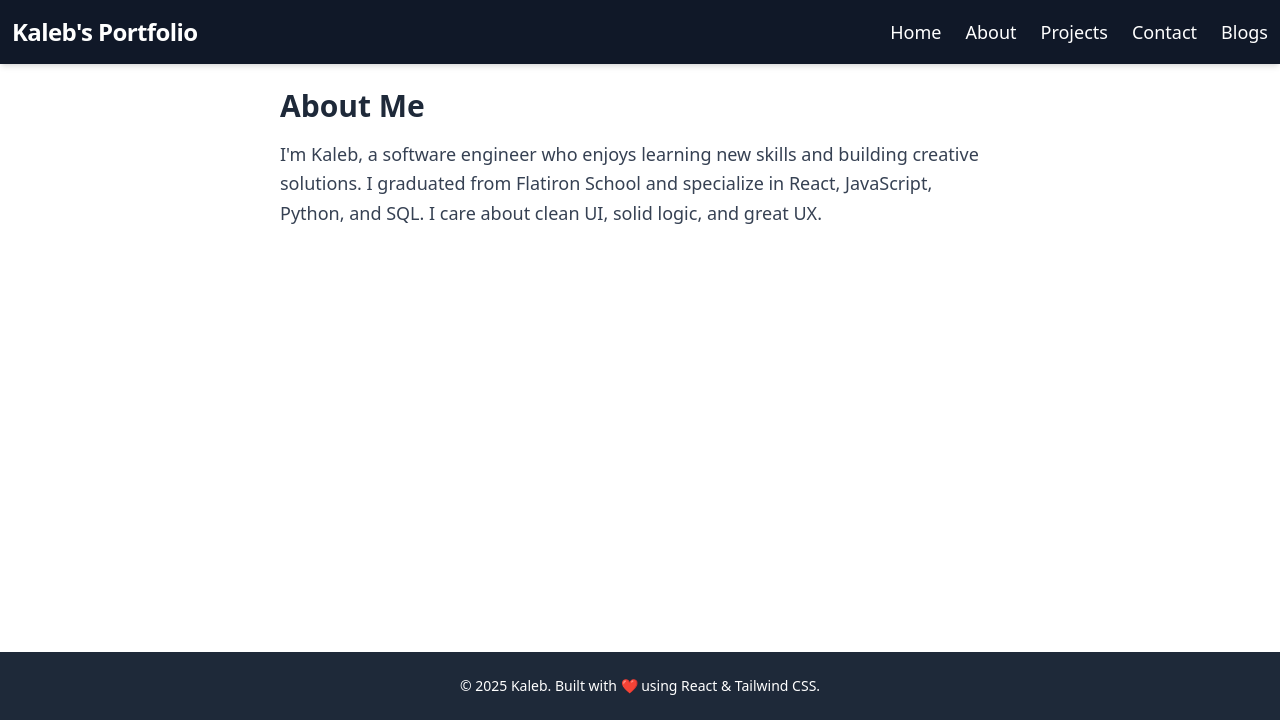
Repository: KalebMalone/portfolio-site
Page: /about
An editor plug-in stored every save of this project. The page is shown before and after the next save, followed by the edit.
The browser window is 1280 px wide. The pictures show the whole page.
The project was rebuilt for these pictures with package versions that can differ from the ones it lists, and the page was loaded fresh each time. Also part of the build but not shown: vite.config.js, src/pages/Home.jsx, src/pages/Projects.jsx, src/pages/Contact.jsx, src/pages/Blogs.jsx.

Above is the page before, as saved 2025-04-23 17:42:09.

### src/App.jsx
import { BrowserRouter as Router, Routes, Route } from 'react-router-dom';
import Header from './components/Header';
import Footer from './components/Footer';

import Home from './pages/Home';
import About from './pages/About';
import Projects from './pages/Projects';
import Contact from './pages/Contact';
import Blogs from './pages/Blogs'; // Import Blogs page

function App() {
  return (
    <Router>
      <div className="flex flex-col min-h-screen">
        <Header />

        <main className="flex-grow">
          <Routes>
            <Route path="/" element={<Home />} />
            <Route path="/about" element={<About />} />
            <Route path="/projects" element={<Projects />} />
            <Route path="/contact" element={<Contact />} />
            <Route path="/blogs" element={<Blogs />} /> {/* Add route for Blogs */}
          </Routes>
        </main>

        <Footer />
      </div>
    </Router>
  );
}

export default App;

### src/index.css
@import 'tailwindcss';  /* Or use the Tailwind directives below */

/* Or alternatively, use these Tailwind directives directly in your CSS */
@tailwind base;
@tailwind components;
@tailwind utilities;

### src/components/Header.jsx
import { Link } from 'react-router-dom';

const Header = () => {
    return (
        <header className="bg-gray-900 text-white shadow-md py-4">
            <nav className="max-w-9xl mx-auto flex justify-between items-center px-3">
                {/* Logo/Brand Name (Left-aligned) */}
                <h1 className="text-2xl font-bold tracking-tight">Kaleb's Portfolio</h1>

                {/* Navigation Links (Right-aligned) */}
                <ul className="flex space-x-6 text-lg"> {/* Reduced space between items */}
                    {['Home', 'About', 'Projects', 'Contact', 'Blogs'].map((page) => ( // Add Blogs here
                        <li key={page}>
                            <Link
                                to={`/${page.toLowerCase() === 'home' ? '' : page.toLowerCase()}`}
                                className="hover:text-blue-400 transition-colors duration-200"
                            >
                                {page}
                            </Link>
                        </li>
                    ))}
                </ul>
            </nav>
        </header>
    );
};

export default Header;

### src/components/Footer.jsx
const Footer = () => {
    return (
        <footer className="bg-gray-800 text-white text-center py-6 mt-10">
            <p className="text-sm">© {new Date().getFullYear()} Kaleb. Built with ❤️ using React & Tailwind CSS.</p>
        </footer>
    );
};

export default Footer;

### src/pages/About.jsx
const About = () => {
    return (
        <section className="max-w-3xl mx-auto p-6">
            <h2 className="text-3xl font-bold text-gray-800 mb-4">About Me</h2>
            <p className="text-gray-700 text-lg leading-relaxed">
                I'm Kaleb, a software engineer who enjoys learning new skills and building creative solutions. I graduated from Flatiron School and specialize in React, JavaScript, Python, and SQL. I care about clean UI, solid logic, and great UX.
            </p>
        </section>
    );
};

export default About;

Loaded but not shown: index.html (common file); src/main.jsx (common file)

After the next save:
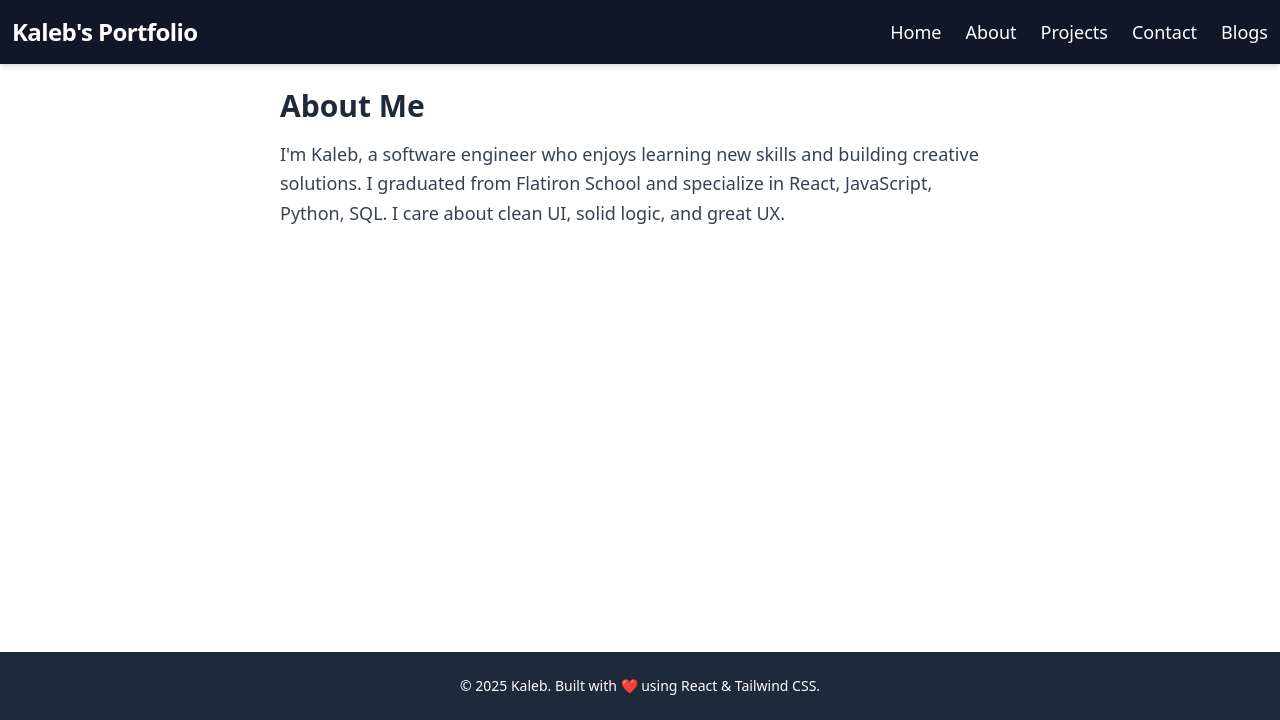
Saved 33 s later.
--- a/src/pages/About.jsx
+++ b/src/pages/About.jsx
@@ -3,7 +3,7 @@ const About = () => {
         <section className="max-w-3xl mx-auto p-6">
             <h2 className="text-3xl font-bold text-gray-800 mb-4">About Me</h2>
             <p className="text-gray-700 text-lg leading-relaxed">
-                I'm Kaleb, a software engineer who enjoys learning new skills and building creative solutions. I graduated from Flatiron School and specialize in React, JavaScript, Python, and SQL. I care about clean UI, solid logic, and great UX.
+                I'm Kaleb, a software engineer who enjoys learning new skills and building creative solutions. I graduated from Flatiron School and specialize in React, JavaScript, Python, SQL. I care about clean UI, solid logic, and great UX.
             </p>
         </section>
     );
